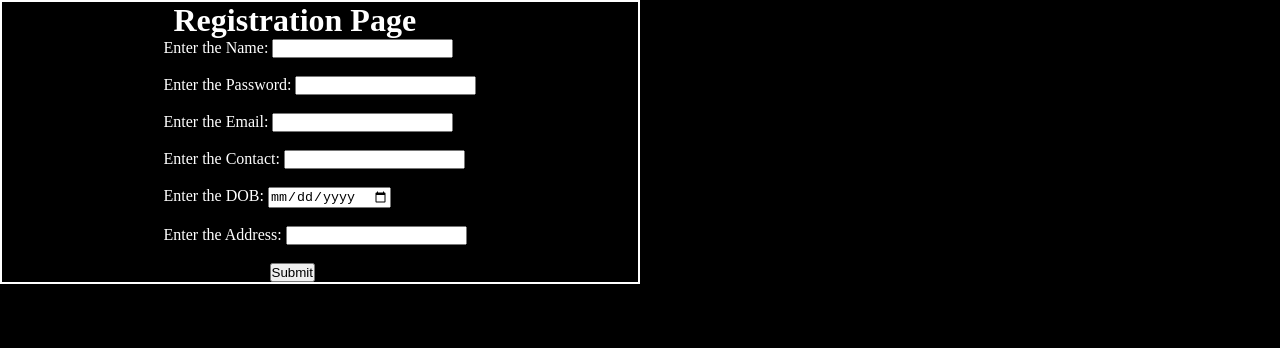
Repository: Pradeep4802/utopiatech
Page: eclipse-workspace/OwnServlet/src/main/webapp/Home.html
An editor plug-in stored every save of this project. The page is shown before and after the next save, followed by the edit.
The browser window is 1280 px wide. The pictures show the whole page.

Above is the page before, as saved 2023-10-09 10:13:53.

After the next save:
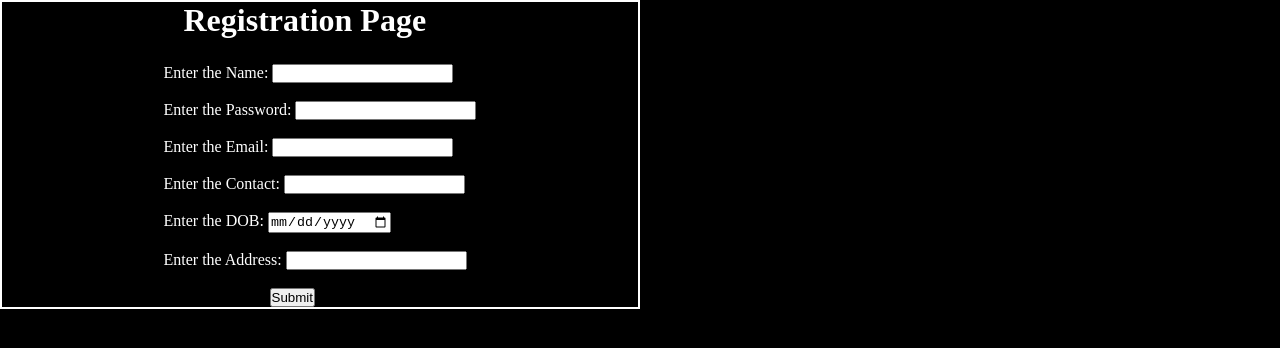
Saved 32 s later.
--- a/eclipse-workspace/OwnServlet/src/main/webapp/Home.html
+++ b/eclipse-workspace/OwnServlet/src/main/webapp/Home.html
@@ -23,7 +23,8 @@ body {
 
 .container form h1 {
 	color: white;
-	margin-left: 10px;
+	margin-left: 20px;
+	margin-bottom : 25px;
 }
 
 label {
